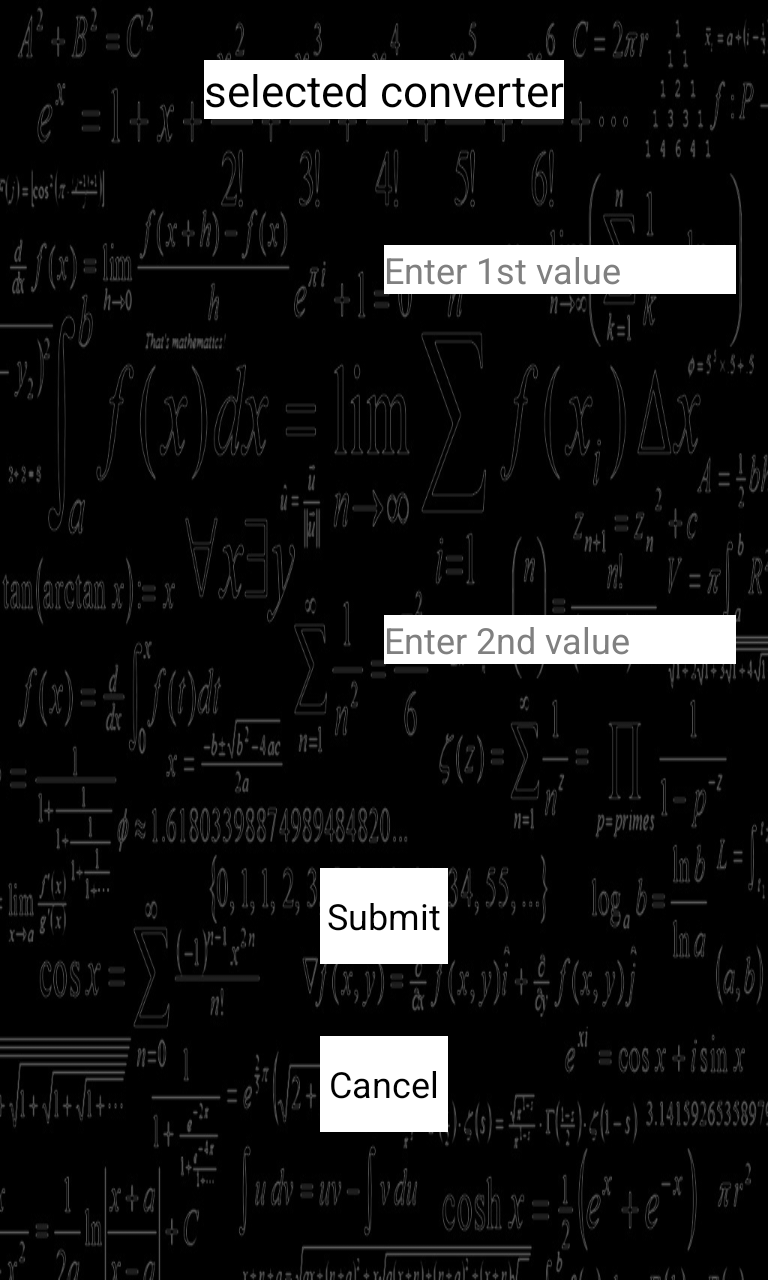
Repository: priyankaaj/practiced-apps
Layout: newProject/res/layout/activity_main.xml
These files come from the project's save history. The layout is drawn as it stood at one moment and after the next save; the edit follows.
It is drawn on a 768 x 1280 px phone screen (xhdpi) without system bars, with theme AppTheme; the app's code is not run.

Above is the layout before, as saved 2015-09-28 18:07:30.

After the next save:
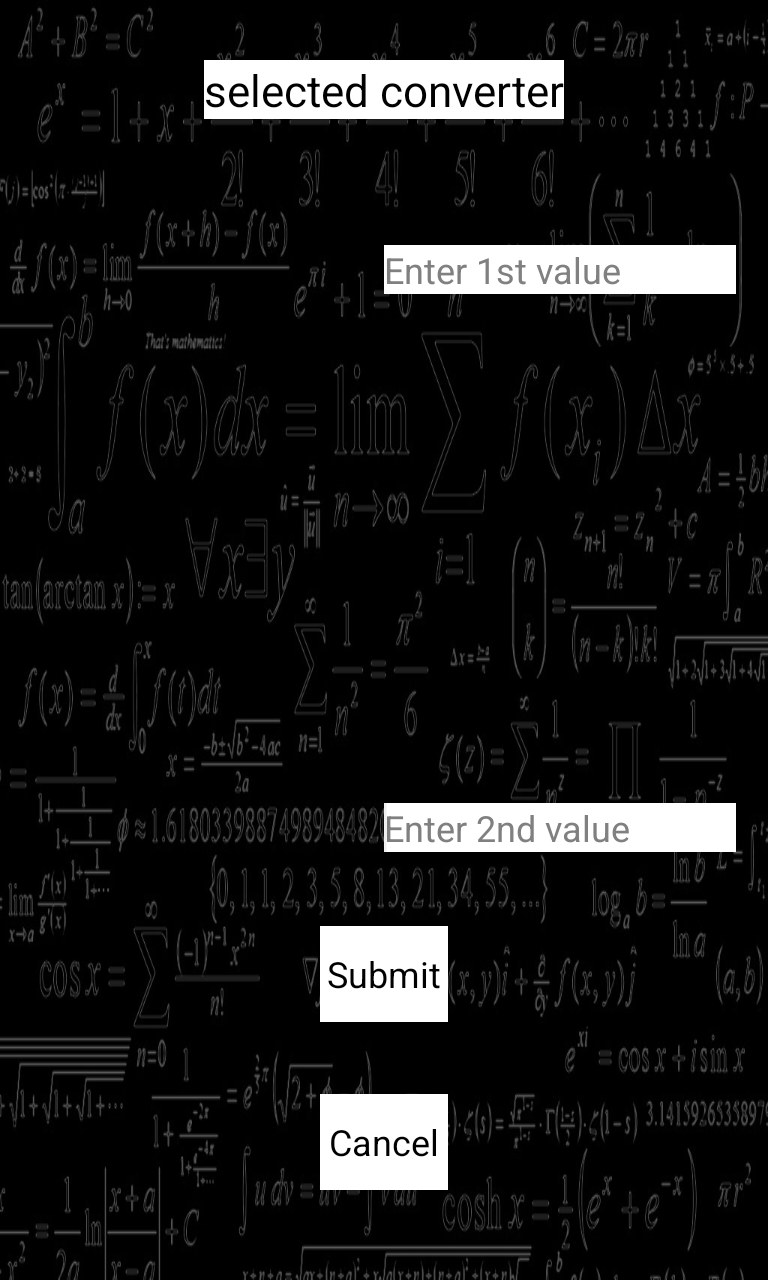
Saved 2 min 41 s later.
--- a/newProject/res/layout/activity_main.xml
+++ b/newProject/res/layout/activity_main.xml
@@ -43,28 +43,6 @@
         android:ems="10"
         android:hint="Enter 1st value"/>
 
-    <EditText
-        android:id="@+id/entvalue2"
-        android:layout_width="wrap_content"
-        android:layout_height="wrap_content"
-        android:layout_alignLeft="@+id/entvalue1"
-        android:layout_centerVertical="true"
-        android:background="#ffffff"
-        android:ems="10"
-        android:hint="Enter 2nd value"
-        android:textColor="#000000" />
-
-    <Button
-        android:id="@+id/buttoncancel"
-        android:layout_width="wrap_content"
-        android:layout_height="wrap_content"
-        android:layout_alignLeft="@+id/buttonsubmit"
-        android:layout_alignParentBottom="true"
-        android:layout_marginBottom="58dp"
-        android:background="#ffffff"
-        android:text="Cancel"
-        android:textColor="#000000" />
-
     <Button
         android:id="@+id/buttonsubmit"
         android:layout_width="wrap_content"
@@ -76,4 +54,30 @@
         android:text="Submit"
         android:textColor="#000000" />
 
+    <Button
+        android:id="@+id/buttoncancel"
+        android:layout_width="wrap_content"
+        android:layout_height="wrap_content"
+        android:layout_alignLeft="@+id/buttonsubmit"
+        android:layout_alignParentBottom="true"
+        android:layout_marginBottom="29dp"
+        android:background="#ffffff"
+        android:text="Cancel"
+        android:textColor="#000000" />
+
+    <EditText
+        android:id="@+id/entvalue2"
+        android:layout_width="wrap_content"
+        android:layout_height="wrap_content"
+        android:layout_above="@+id/buttonsubmit"
+        android:layout_alignLeft="@+id/entvalue1"
+        android:layout_marginBottom="37dp"
+        android:background="#ffffff"
+        android:ems="10"
+        android:hint="Enter 2nd value"
+        android:textColor="#000000" >
+
+        <requestFocus />
+    </EditText>
+
 </RelativeLayout>
